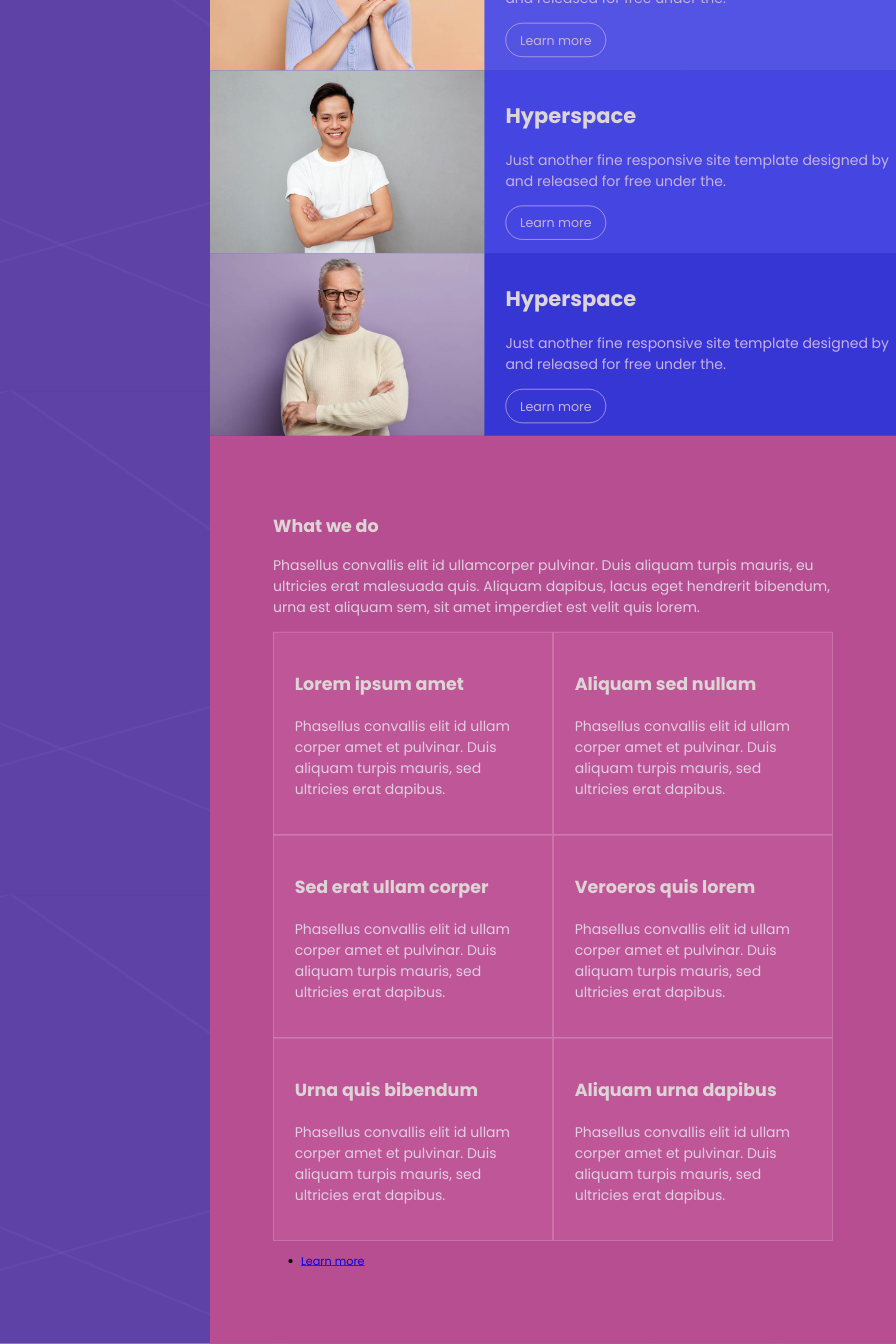
Repository: zai31/KIMIT_Tasks
Page: JsSession8/index.html
These files come from the project's save history. The page is drawn as it stood at one moment and after a run of saves; the edit follows.
The browser window is 1280 px wide. The pictures show the part of the page from y = 881 to 2801 px (the page is 2801 px tall before and 2721 px after), at 70% of full size.
Backgrounds fixed to the window are drawn as part of the page.

Above is the page before, as saved 2025-09-15 20:51:40.

### JsSession8/index.html
<!DOCTYPE html>
<html lang="en">
<head>
    <meta charset="UTF-8">
    <meta name="viewport" content="width=device-width, initial-scale=1.0">
    <link rel="stylesheet" href="./css/style.css">
    <title>Responsive</title>
</head>

<body>
    <section  class="flex-section">
        <div class="menu">
        <ul>
            <li><a href="#">welcome</a></li>
            <li><a href="#">who are we</a></li>
            <li><a href="#">what we do</a></li>
            <li><a href="#">get in touch</a></li>
        </ul>
</div>
<div class="section">
    <div class="content">
      <div class="intro">
							<h1>Hyperspace</h1>
							<p>Just another fine responsive site template designed by <a href="https://html5up.net">HTML5 UP</a><br>
							and released for free under the <a href="https://html5up.net/license">Creative Commons</a>.</p>
							<button>Learn more</button>

						</div>
    <div class="overview">
        <div class="s" style="background-color: rgb(83, 83, 228);">
           <img src="./images/1.jpg" alt="">

							<div ><h1>Hyperspace</h1>
                                <p>Just another fine responsive site template designed by
							and released for free under the.</p>
							<button>Learn more</button></div>
        </div>
        <div class="s" style="background-color: rgb(69, 69, 226);">
            <img src="./images/2.jpg" alt="">
							<div >
                                           	<h1>Hyperspace</h1>
<p>Just another fine responsive site template designed by
							and released for free under the.</p>
							<button>Learn more</button></div>
        </div>
        <div class="s" style="background-color: rgb(54, 54, 213);">
            <img src="./images/3.jpg" alt="">
							<div >
                                           	<h1>Hyperspace</h1>
<p>Just another fine responsive site template designed by
							and released for free under the.</p>
							<button>Learn more</button></div>
        </div>
    <div class="what">
							<h2>What we do</h2>
							<p>Phasellus convallis elit id ullamcorper pulvinar. Duis aliquam turpis mauris, eu ultricies erat malesuada quis. Aliquam dapibus, lacus eget hendrerit bibendum, urna est aliquam sem, sit amet imperdiet est velit quis lorem.</p>
							<div class="features">
								<section>
									<span class="icon fa-code"></span>
									<h3>Lorem ipsum amet</h3>
									<p>Phasellus convallis elit id ullam corper amet et pulvinar. Duis aliquam turpis mauris, sed ultricies erat dapibus.</p>
								</section>
								<section>
									<span class="icon  fa-lock"></span>
									<h3>Aliquam sed nullam</h3>
									<p>Phasellus convallis elit id ullam corper amet et pulvinar. Duis aliquam turpis mauris, sed ultricies erat dapibus.</p>
								</section>
								<section>
									<span class="icon  fa-cog"></span>
									<h3>Sed erat ullam corper</h3>
									<p>Phasellus convallis elit id ullam corper amet et pulvinar. Duis aliquam turpis mauris, sed ultricies erat dapibus.</p>
								</section>
								<section>
									<span class="icon  fa-desktop"></span>
									<h3>Veroeros quis lorem</h3>
									<p>Phasellus convallis elit id ullam corper amet et pulvinar. Duis aliquam turpis mauris, sed ultricies erat dapibus.</p>
								</section>
								<section>
									<span class="icon  fa-link"></span>
									<h3>Urna quis bibendum</h3>
									<p>Phasellus convallis elit id ullam corper amet et pulvinar. Duis aliquam turpis mauris, sed ultricies erat dapibus.</p>
								</section>
								<section>
									<span class="icon  fa-gem"></span>
									<h3>Aliquam urna dapibus</h3>
									<p>Phasellus convallis elit id ullam corper amet et pulvinar. Duis aliquam turpis mauris, sed ultricies erat dapibus.</p>
								</section>
							</div>
							<ul class="actions">
								<li><a href="generic.html" class="button">Learn more</a></li>
							</ul>

    </div>
                        </div>
                        </div>
                    </section>
</body>
</html>

### JsSession8/CSS/style.css
@import url("https://fonts.googleapis.com/css2?family=Poppins:ital,wght@0,100;0,200;0,300;0,400;0,500;0,600;0,700;0,800;0,900;1,100;1,200;1,300;1,400;1,500;1,600;1,700;1,800;1,900&display=swap");

* {
    box-sizing: border-box;
    font-family: "Poppins", sans-serif;
}

:root {
    --sidebar-color: #312450;
    --primary-color: #5e42a6;
    --secondary-color: #b74e91;
    --section-bg-color: #c7b2dc;
    --dark-color: #000000;
    --navbar-bg-color: #273053;
    --p-color: #717275;
    --highlight-icon-color: #ff0100;
    --main-transition: 0.5s all ease-in-out;
}


html,
body {
    height: 100%;
    margin: 0;
    padding: 0;
}

.flex-section {
    display: flex;
    flex-direction: row;

}

/*side bar*/
.flex-section .menu {
    min-height: 100vh;
    /* ensures sidebar spans at least the full screen */
    height: auto;
    /* lets it grow with content */
    width: 300px;
    top: 0;
    left: 0;
    position: fixed;
    background-color: var(--sidebar-color);
    padding: 145px 30px;
    box-shadow: 0 0 10px rgba(0, 0, 0, 0.1);
}

.flex-section .menu ul {
    list-style: none;
    padding: 0;
    margin: 0;
    text-align: right;
}

.flex-section .menu ul li {
    margin-bottom: 10px;
    font-size: 20px;
    position: relative;
    /* needed for ::after positioning */
    padding-bottom: 10px;
}

.flex-section .menu ul li a {
    text-decoration: none;
    color: #8b82a1;

}

.flex-section .menu ul li::after {
    content: "";
    position: absolute;
    left: 0;
    bottom: 0;
    width: 100%;
    /* stick to the bottom */
    height: 2px;
    background-color: #8b82a1;
    /* thickness of underline */
    transition: width 0.3s ease;
}

/*use js*/
.flex-section .menu ul li a:hover::after {
    width: 100%;
    /* expand underline on hover */
}


.flex-section .menu ul li a:hover {
    color: #b5b8bf;
}

.flex-section .menu ul li a:active {
    color: #5e42a6;
}

.flex-section .menu ul li a:active::after {
    background: linear-gradient(to right, #4b0082, #8b00ff, #981196);
}






/*content first section */
.flex-section .section {
    flex: 1;
    background-color: var(--section-bg-color);
    background-attachment: fixed;
    background-image: url("../assets/css/images/Screenshot\ 2025-09-15\ 075920.png");
    background-position: top right;
    background-repeat: no-repeat;
    background-size: 100% 100%;
    padding-left: 300px;
}

.flex-section .section .content {
    display: flex;
    flex-direction: column;
    width: 100%;
}

.flex-section .section .content .intro {
    padding: 100px;
    width: 100%;
    height: 100vh;
}

.flex-section .section .content .intro h1 {
    color: rgb(221, 213, 213);
    font-size: 50px;
}

.flex-section .section .content .intro p,
.flex-section .section .content .intro a {
    color: var(--section-bg-color);
    font-size: 20px;
}

.flex-section .section .content .intro a:hover {
    color: #fefefe;
    text-decoration: none;
}

.flex-section .section .content .intro button {
    color: var(--section-bg-color);
    background-color: transparent;
    border: 1px solid var(--section-bg-color);
    padding: 10px 20px;
    border-radius: 25px;
    cursor: pointer;
    text-decoration: none;
    font-size: 18px;
}

.flex-section .section .content .intro button:hover {
    background-color: #6f54b6;
}




/*content second section */

.flex-section .section .content .overview .s {
    display: flex;
    flex-direction: row;
    align-items: center;
    gap: 30px;
}

.flex-section .section .content .overview .s h1 {
    color: rgb(221, 213, 213);
    font-size: 30px;
}

.flex-section .section .content .overview .s p {
    color: var(--section-bg-color);
    font-size: 20px;
}

.flex-section .section .content .overview .s button {
    color: var(--section-bg-color);
    background-color: transparent;
    border: 1px solid var(--section-bg-color);
    padding: 10px 20px;
    border-radius: 25px;
    cursor: pointer;
    text-decoration: none;
    font-size: 18px;
}

.flex-section .section .content .overview .s button:hover {
    background-color: rgb(77, 77, 246);
}

.flex-section .section .content .overview .s img {
    width: 40%;
}

/*what section*/

.flex-section .section .content .what {
    padding: 90px;
    width: 100%;
    background-color: var(--secondary-color);
}

.flex-section .section .content .what h3,
.flex-section .section .content .what h2 {
    color: rgb(221, 213, 213);
    font-size: 25px;
}
.flex-section .section .content .what p {
    color: #e0cee1;
    font-size: 20px;
}

.flex-section .section .content .what .features{
    display: flex;
    flex-direction: row;
    flex-wrap: wrap;
    background-color: #be5698;


}
.flex-section .section .content .what .features section {
 flex: 1 1 45%;     /* grow/shrink, ~half width with gap */
 border: 0.5px solid rgba(255, 255, 255, 0.248);
 box-sizing: border-box;
 padding: 30px;

}

After the next 2 saves:
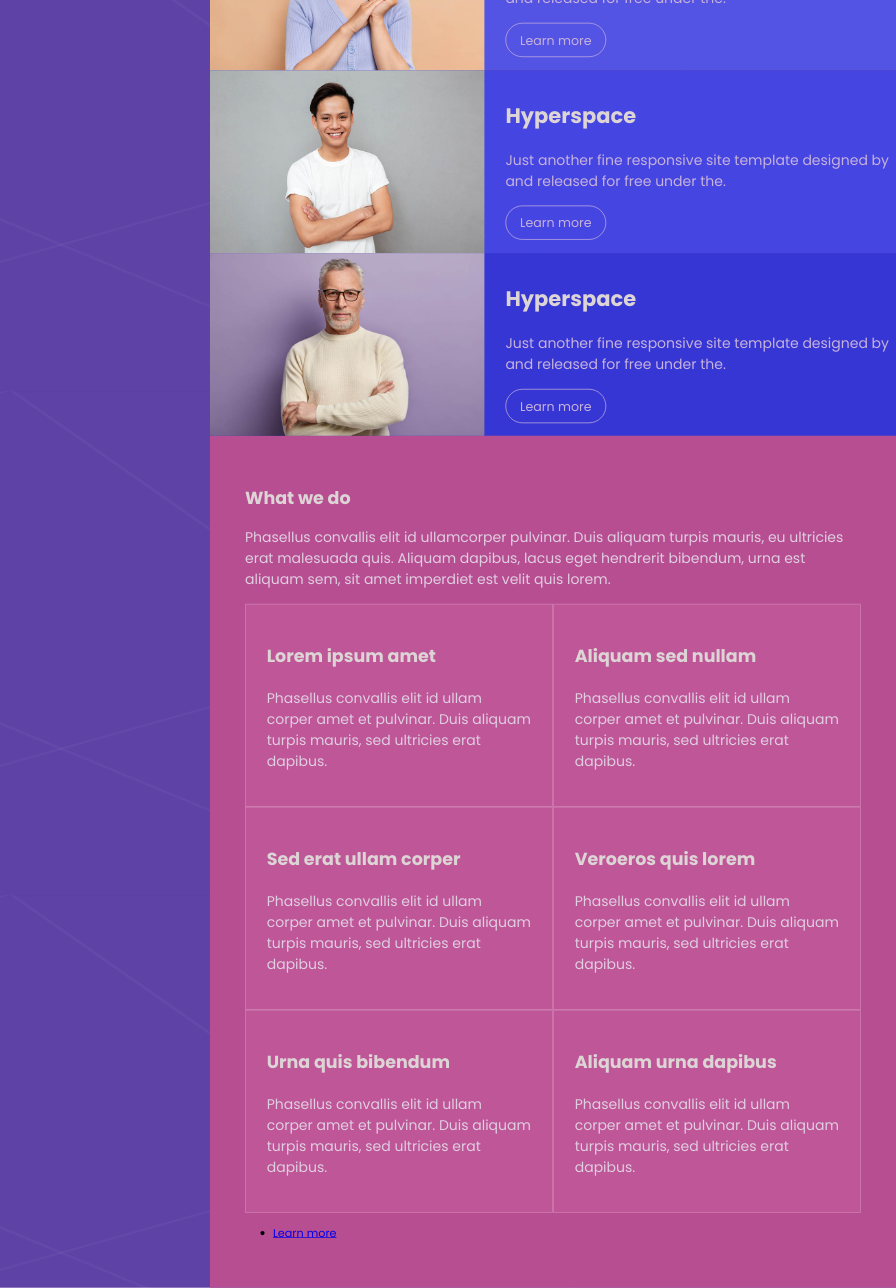
The 2 saves are shown as one change because they came seconds apart.
The last was saved 12 s later.
--- a/JsSession8/CSS/style.css
+++ b/JsSession8/CSS/style.css
@@ -203,7 +203,7 @@ body {
 /*what section*/
 
 .flex-section .section .content .what {
-    padding: 90px;
+    padding: 50px;
     width: 100%;
     background-color: var(--secondary-color);
 }
